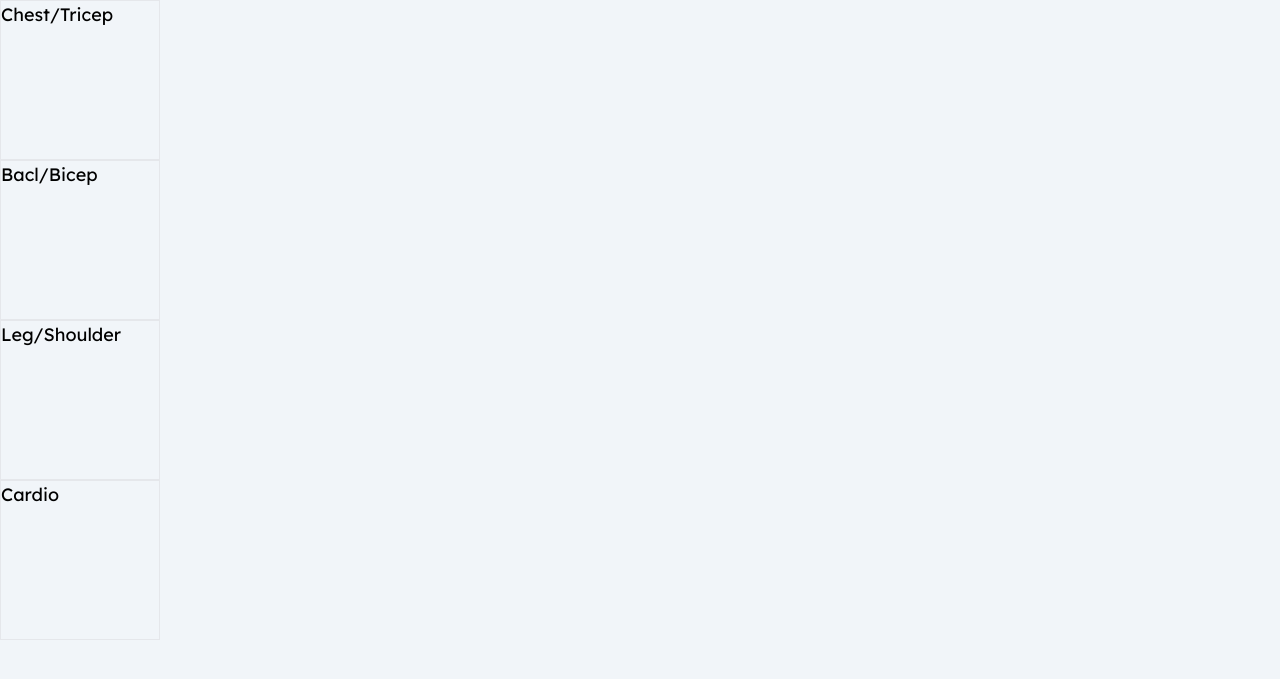
Repository: stavan30/tracker
Page: /
The author's editor kept a copy of each file at every save. The page is drawn from the files as they stood at one save, then again after the next save.
The browser window is 1280 px wide. The pictures show the whole page.
The project was rebuilt for these pictures with package versions that can differ from the ones it lists, and the page was loaded fresh each time. Also part of the build but not shown: vite.config.js.

Above is the page before, as saved 2024-02-23 17:55:38.

### src/App.jsx
import { useState } from 'react';
import Card from './Components/Card';

function App() {


  return (
    <>
      <Card day="Chest/Tricep"/>
      <Card day="Bacl/Bicep"/>
      <Card day="Leg/Shoulder"/>
      <Card day="Cardio"/>
    </>
  )
}

export default App

### src/index.css
@import url('https://fonts.googleapis.com/css2?family=Lexend:wght@100..900&display=swap');

@tailwind base;
@tailwind components;
@tailwind utilities;

@layer utilities {
  body {
    @apply bg-slate-100;
  }
}

### src/Components/Card.jsx
import React from 'react'

const Card = (props) => {
  return (
    <div className='text-black text-lg font-lex border h-40 w-40 text-center flex'>{props.day}</div>
  )
}

export default Card

### tailwind.config.js
/** @type {import('tailwindcss').Config} */
export default {
  content: [
    "./index.html",
    "./src/**/*.{js,ts,jsx,tsx}",
  ],
  theme: {
    extend: {},
    fontFamily: {
      lex: ["Lexend", "sans-serif"]
    }
  },
  plugins: [],
}

Loaded but not shown: index.html (common file); src/main.jsx (common file)

After the next save:
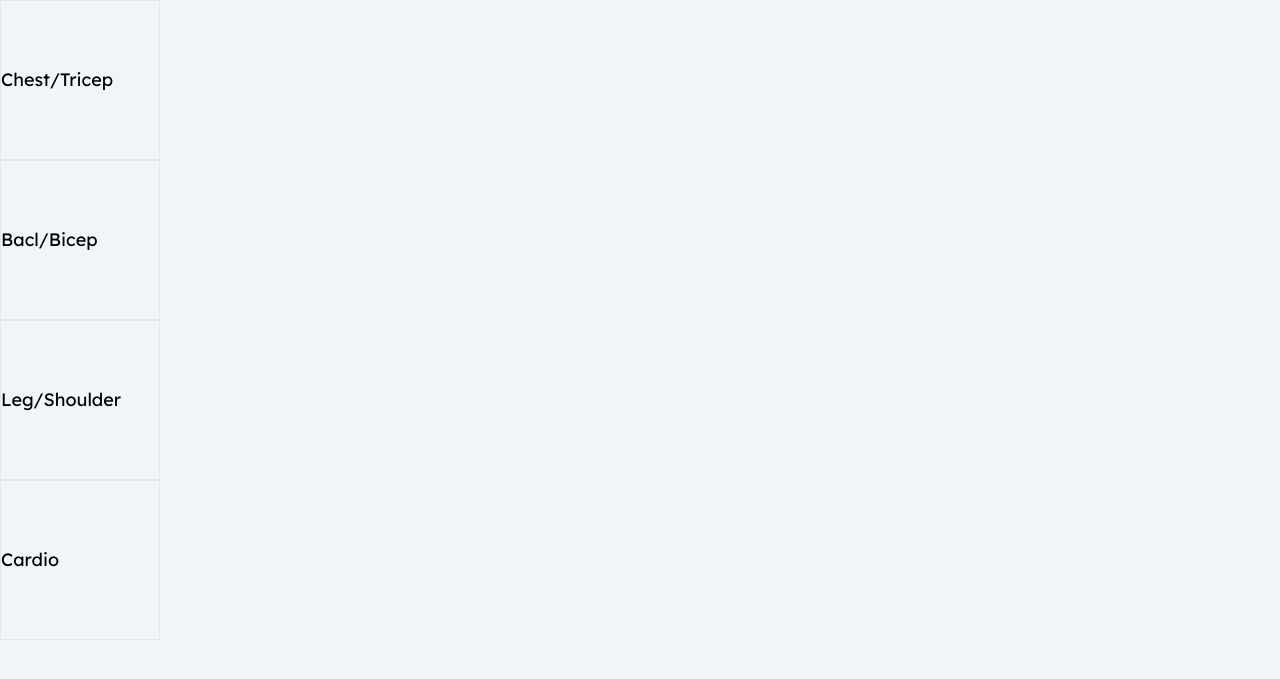
Saved 7 s later.
--- a/src/Components/Card.jsx
+++ b/src/Components/Card.jsx
@@ -2,7 +2,7 @@ import React from 'react'
 
 const Card = (props) => {
   return (
-    <div className='text-black text-lg font-lex border h-40 w-40 text-center flex'>{props.day}</div>
+    <div className='text-black text-lg font-lex border h-40 w-40 text-center flex items-center'>{props.day}</div>
   )
 }
 
